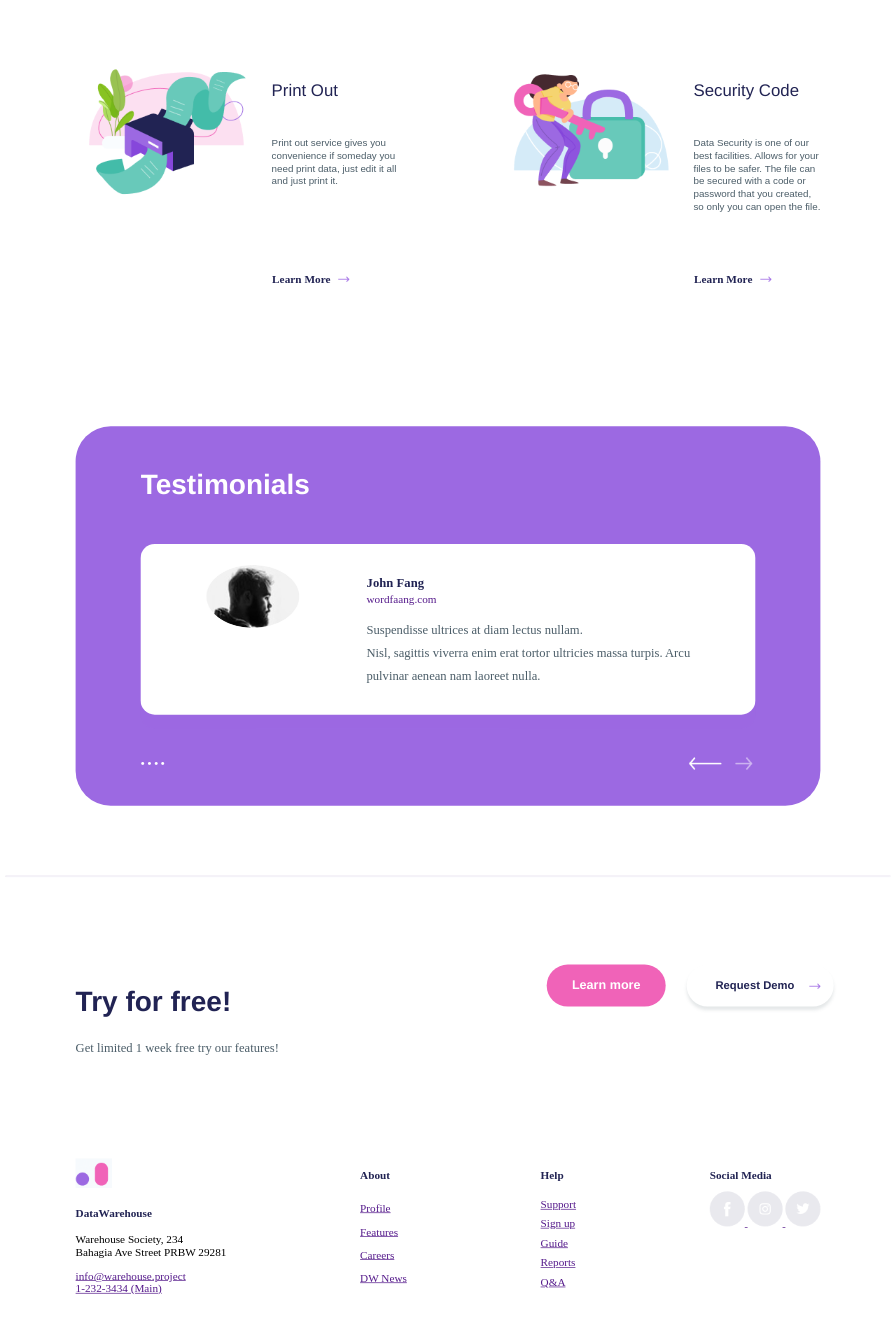
Repository: batonAnton/HW6_flexbox
Page: index.html
The author's editor kept a copy of each file at every save. The page is drawn from the files as they stood at one save, then again after the next save.
The browser window is 1280 px wide. The pictures show the part of the page from y = 1890 to 3810 px (the page is 3810 px tall before and 3788 px after), at 70% of full size.
Some web fonts or font styles are not loaded; a fallback is used.

Above is the page before, as saved 2022-06-19 16:05:52.

After the next save:
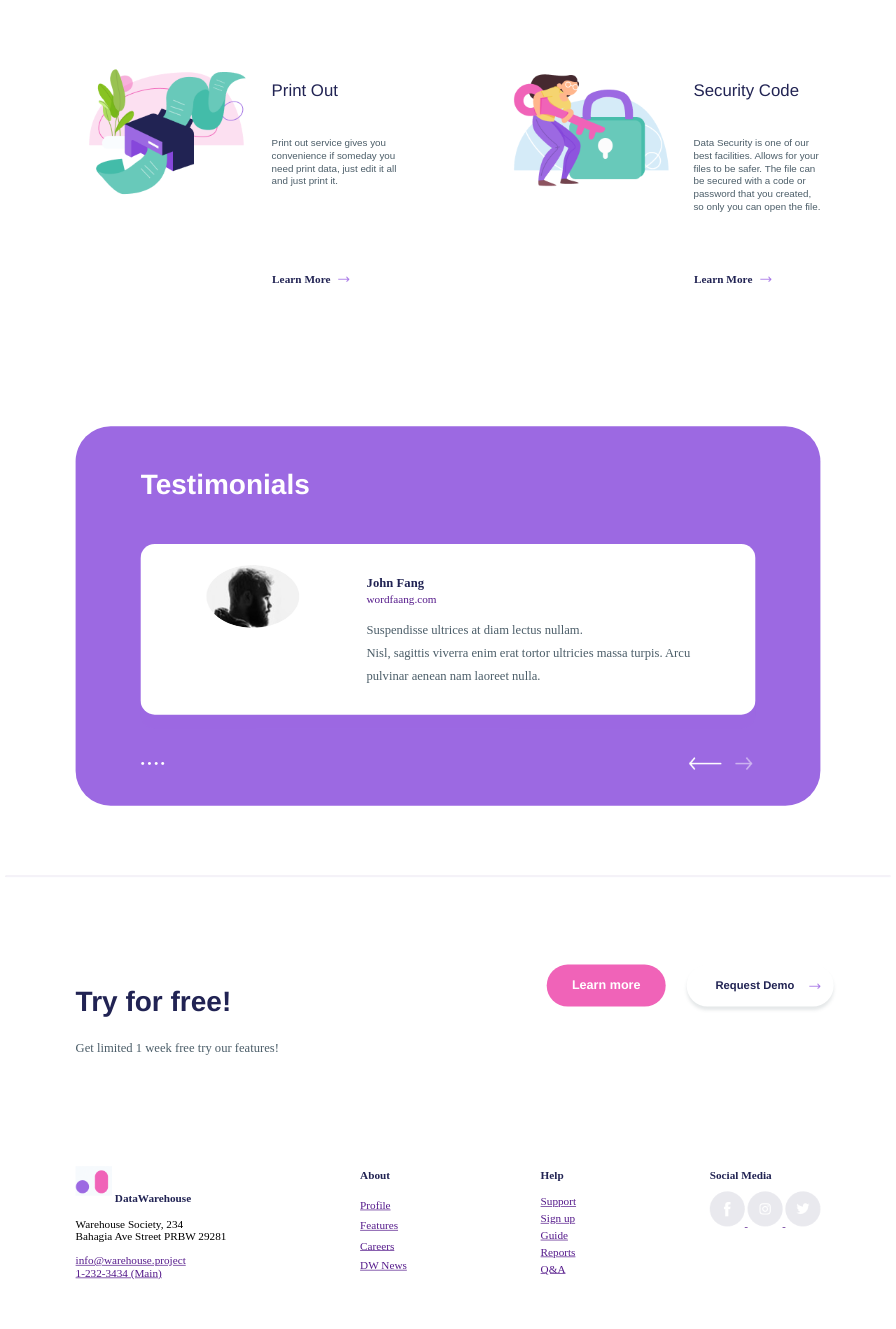
Saved 3 min 41 s later.
--- a/index.html
+++ b/index.html
@@ -212,8 +212,8 @@
     <footer>
         <div class="allblock allstyles">
             <div class="adress">
-                <img src="./images/logo.png" alt="logo">
-                <h1>DataWarehouse</h1>
+
+                <h1> <img src="./images/logo.png" alt="logo">DataWarehouse</h1>
                 <p> Warehouse Society, 234 <br>
                     Bahagia Ave Street
                     PRBW 29281
